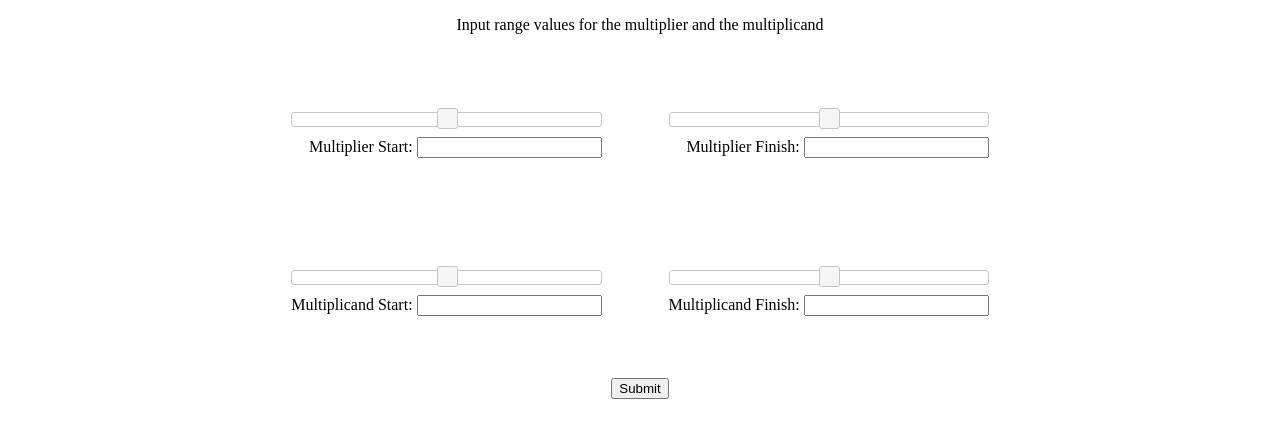
Repository: khrasna/HW4Part2
Page: index.html
The author's editor kept a copy of each file at every save. The page is drawn from the files as they stood at one save, then again after the next save.
The browser window is 1280 px wide. The pictures show the whole page.
Some web libraries are served in a nearby version.

Above is the page before, as saved 2021-11-14 19:18:41.

### index.html
<!-- HTML file for Assignment 3
By Karsten Hrasna  email Karsten_Hrasna@student.uml.edu-->
<!DOCTYPE html>
<html>

<head>
    <title>Multiplication Table</title>
    <link rel="stylesheet" href="style.css">
    <script type="text/javascript" src="https://ajax.googleapis.com/ajax/libs/jquery/3.5.1/jquery.min.js"></script>
    <script type="text/javascript" src="dist/jquery.validate.min.js"></script>
    <script type="text/javascript" src="formvalidate.js"></script>
    <script type="text/javascript" src="https://ajax.googleapis.com/ajax/libs/jqueryui/1.11.4/jquery-ui.min.js"></script>
    <link rel="stylesheet" href="https://ajax.googleapis.com/ajax/libs/jqueryui/1.11.4/themes/smoothness/jquery-ui.css">
</head>

<body>
    <p>Input range values for the multiplier and the multiplicand</p>
    <div id="container">
        <!-- Learned from W3schools. Creates a form which takes number ranges for multiplier and multiplicand. -->

        <form id="FormInput" action="javascript:void(0);" method="get"> <!--Learned about javascript:void(0) from Dutchie432 at https://stackoverflow.com/questions/1818249/form-with-no-action-and-where-enter-does-not-reload-page-->
            <table>
                <tr>

                    <td class="pad">
                        <div class="slider"></div>
                        Multiplier Start: <input input="text" name="MultiplierStart">
                    </td>

                    <td>
                        <div class="slider"></div>
                        Multiplier Finish: <input type="text" name="MultiplierFinish">
                    </td>
                </tr>
                <tr>
                    <td class="pad">
                        <div class="slider"></div>
                        Multiplicand Start: <input type="text" name="MultiplicandStart">
                    </td>

                    <td>
                        <div class="slider"></div>
                        Multiplicand Finish: <input type="text" name="MultiplicandFinish">
                    </td>
                </tr>
            </table>
            <input type="submit" value="Submit"> <!--goes directly under form and processes the input to create a mult table-->
        </form>
    </div>


</body>

</html>

### style.css
/*Created by Karsten Hrasna. email: Karsten_Hrasna@student.uml.edu*/
html,
body {
    height: 97%;
    text-align: center;
}

.slider {
    margin-bottom: 10px;
    margin-top: 10px;
}

div#container {
    display: grid;
    grid-template-columns: 100%;
    /* top row of grid holds the form for input, the rest of page holds the multiplication table*/
    grid-template-rows: minmax(90px, 15%) auto;
    height: 97%;

}

#multTable {
    margin: auto;
    border-collapse: separate;
    border-spacing: 0;
    grid-row: 2;
    /*the dynamically sized multiplication table */
    margin-top: 0px;
    border-bottom: 0px;

}

input[type=submit] {
    /* submit button under form spaced here */
    margin-top: 10px;
    margin-bottom: 0px;
}

#multTable td,
th {
    border: solid;
    border-color: black;
    min-width: 70px;
    font-size: 30px;
    height: 70px;
}


#multTable th {
    position: sticky;
    top: 0px;
    border-right: solid;
    border-right-color: white;
    border-bottom: solid;
    border-bottom-color: white;
    background-color: black;
    color: white;

}

#multTable th:first-child {
    position: sticky;
    top: 70px;
    left: 0;
}


.sticky {
    position: fixed;
    top: 0px;
    /* get the headers to stay fixed on mult table */
    width: 100%;
}

#multTable tr:first-child th:first-child {
    border: none;
    background-color: white;
}

#multTable p.inputError {
    margin: 0px;
}

form {
    grid-row: 1;
    margin-bottom: 0px;
}

table {
    margin-left: auto;
    margin-right: auto;
}

form td {
    text-align: right;
    justify-content: right;
    padding: 50px;

    /*line up the input form textboxes*/
}

form p {
    margin: 0px;
}

td.pad {
    padding-right: 15px;
}

### formvalidate.js
$(function () {

    $(".slider").slider({
        min: -50,
        max: 50,
        slide: function (event, ui) {
            console.log(ui.handleIndex);
        }
    });


    $.validator.addMethod("less", function (value, element, params) {
        return this.optional(element) || value <= params[0].value; //checks to make sure that the starts are less than the finishes, learned from
    });                                                           // https://jqueryvalidation.org/jQuery.validator.addMethod/

    var valid = $('input[value="Submit"]').on("click", function () {
        $("#multTable").remove();

        $("#FormInput").validate({
            onkeyup: false,     //this makes it so the validator doesnt update the error messages whenever new input is typed. only validates when submit is hit.
            onfocusout: false,  //learned about onkeyup, and onfocusout at https://www.sitepoint.com/jquery-validation-validate-form-submit/
            rules: {
                MultiplierStart: {
                    digits: true,
                    less: $('input[name="MultiplierFinish"]'),
                    required: true,
                    range: [-50, 50]
                },
                MultiplierFinish: {
                    required: true,
                    digits: true,
                    range: [-50, 50]
                },

                MultiplicandStart: {
                    digits: true,
                    less: $('input[name="MultiplicandFinish"]'),
                    required: true,
                    range: [-50, 50]
                },

                MultiplicandFinish: {
                    digits: true,
                    required: true,
                    range: [-50, 50]
                }
            },

            messages: {
                MultiplierStart: {
                    digits: "Multiplier Start must be a digit",
                    required: "Multiplier Start must be a digit between -50 and 50",
                    range: "The range of Multiplier Start must stay within -50 and 50",
                    less: "The value of Multiplier Start must be less than or equal to Multiplier Finish."
                },

                MultiplierFinish: {
                    digits: "Multiplier Finish must be a digit",
                    required: "Multiplier Finish must be a digit between -50 and 50",
                    range: "The range of Multiplier Finish must stay within -50 and 50",
                },

                MultiplicandStart: {
                    digits: "Multiplicand Start must be a digit",
                    required: "Multiplicand Start must be a digit between -50 and 50",
                    range: "The range of Multiplicand Start must stay within -50 and 50",
                    less: "The value of Multiplicand Start must be less than or equal to Multiplicand Finish."
                },

                MultiplicandFinish: {
                    digits: "Multiplicand Finish must be a digit",
                    required: "Multiplicand Finish must be a digit between -50 and 50",
                    range: "The range of Multiplicand Finish must stay within -50 and 50",
                }
            },

            errorPlacement: function (error, element) {
                $(error).appendTo($(('#FormInput')));
            },
            errorElement: "p"

        });

        if ($("#FormInput").valid()) {
            process();
        }

    });

});

function process() {
    debugger;
    var multStart = $('input[name="MultiplierStart"]').val();
    var multFinish = $('input[name="MultiplierFinish"]').val();
    var multiplicandStart = $('input[name="MultiplicandStart"]').val();
    var multiplicandFinish = $('input[name="MultiplicandFinish"]').val();


    if (document.getElementById("multTable")) { //remove old table
            var old = document.getElementById("multTable");
            old.remove();
    };

     //clear old table and create a table with size based on input given
        const top = [];
        const left = []; //these will hold the values of the multiplier and multiplicand
        var rows = multFinish - multStart;
        var cols = multiplicandFinish - multiplicandStart;
        var d = document.getElementById("container");
        for (var i = 0; i <= rows; i++) {
            left[i] = (+multiplicandStart + +i); //the + before variable name turns them into integers for addition
        }
        for (var i = 0; i <= cols; i++) {
            top[i] = (+multStart + +i);
        }
        var table = createTable(rows, cols, top, left); //create table based on total rows and cols, and top and left are the sets of multipliers and multiplicands
        table.id = "multTable";
        d.append(table);
}

function createTable(rows, cols, top, left) {
    var t = document.createElement('table');
    for (var x = 0; x <= rows + 1; x++) { // rows and cols + 1 to indicate ranges of numbers
        var r = document.createElement('tr');
        t.appendChild(r);
        for (var y = 0; y <= cols + 1; y++) {   //creates the cols of the table row by row
            if (x == 0) {
                var c = document.createElement('th'); //create and insert element based on position in table
                c.id = "topHeader";
                if (y != 0) {
                    c.innerHTML = top[y - 1]; // - 1 because it is moved over 1 to the right
                }
            } else if (y == 0) {
                var c = document.createElement('th');
                if (x != 0) {
                    c.innerHTML = left[x - 1];
                }
            } else {
                var c = document.createElement('td');
                c.innerHTML = top[y - 1] * left[x - 1];
                if (((y % 2) + (x % 2)) == 0 || ((y % 2) + (x % 2)) == 2) { // checker board effect
                    c.style.backgroundColor = "gray";
                }

            }
            r.appendChild(c);
        }
    }

    return t;
}

Loaded but not shown: dist/jquery.validate.min.js (library)

After the next save:
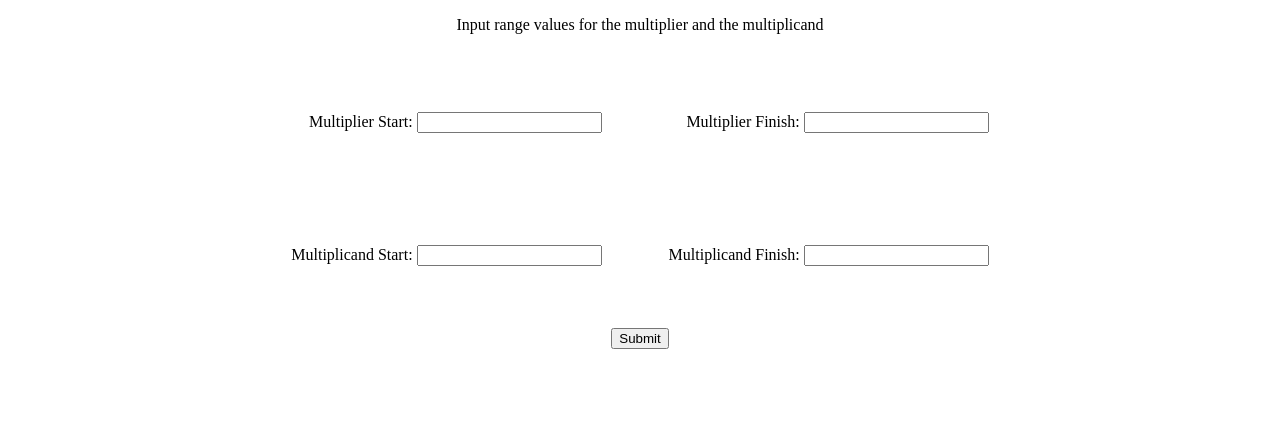
Console error: SyntaxError: Unexpected token '}'
Saved 98 s later.
--- a/formvalidate.js
+++ b/formvalidate.js
@@ -1,12 +1,16 @@
 $(function () {
 
-    $(".slider").slider({
+    $("#slider-1").slider({
         min: -50,
         max: 50,
-        slide: function (event, ui) {
-            console.log(ui.handleIndex);
+        slide: function ({
+
         }
     });
+    $("#slider-2").slider();
+    $("#slider-3").slider();
+    $("#slider-4").slider();
+
 
 
     $.validator.addMethod("less", function (value, element, params) {

After the 3 saves that followed:
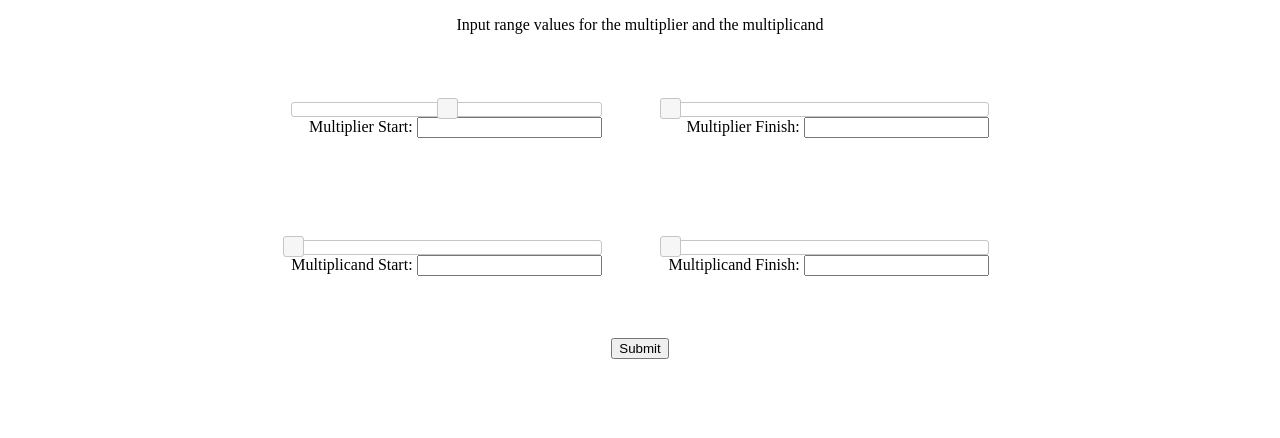
The error is gone.
The 3 saves are shown as one change because 2 left the picture as it was.
The last was saved 2 min 54 s later.
--- a/index.html
+++ b/index.html
@@ -23,23 +23,23 @@ By Karsten Hrasna  email Karsten_Hrasna@student.uml.edu-->
                 <tr>
 
                     <td class="pad">
-                        <div class="slider"></div>
+                        <div id="slider-1"></div>
                         Multiplier Start: <input input="text" name="MultiplierStart">
                     </td>
 
                     <td>
-                        <div class="slider"></div>
+                        <div id="slider-2"></div>
                         Multiplier Finish: <input type="text" name="MultiplierFinish">
                     </td>
                 </tr>
                 <tr>
                     <td class="pad">
-                        <div class="slider"></div>
+                        <div id="slider-3"></div>
                         Multiplicand Start: <input type="text" name="MultiplicandStart">
                     </td>
 
                     <td>
-                        <div class="slider"></div>
+                        <div id="slider-4"></div>
                         Multiplicand Finish: <input type="text" name="MultiplicandFinish">
                     </td>
                 </tr>
--- a/formvalidate.js
+++ b/formvalidate.js
@@ -3,8 +3,8 @@
     $("#slider-1").slider({
         min: -50,
         max: 50,
-        slide: function ({
-
+        slide: function (event, ui) {
+            $('input[name="MultiplierStart"]').value = ui.value;
         }
     });
     $("#slider-2").slider();
